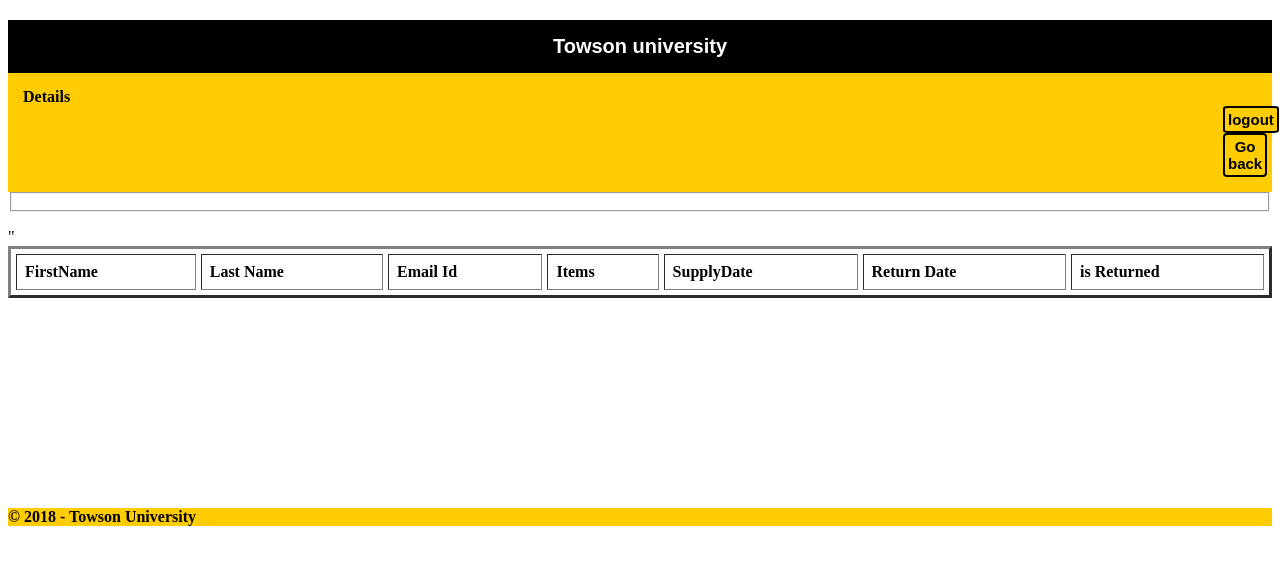
Repository: DatabaseCOSC578/eclipse-workspace11
Page: http://localhost/Supervisor/Supervisorshow.jsp
The author's editor kept a copy of each file at every save. The page is drawn from the files as they stood at one save, then again after the next save.
The browser window is 1280 px wide. The pictures show the whole page.
The page is served by Tomcat 9. Queries for data that is not in the repository find no rows.

Above is the page before, as saved 2018-04-16 12:08:25.

After the next save:
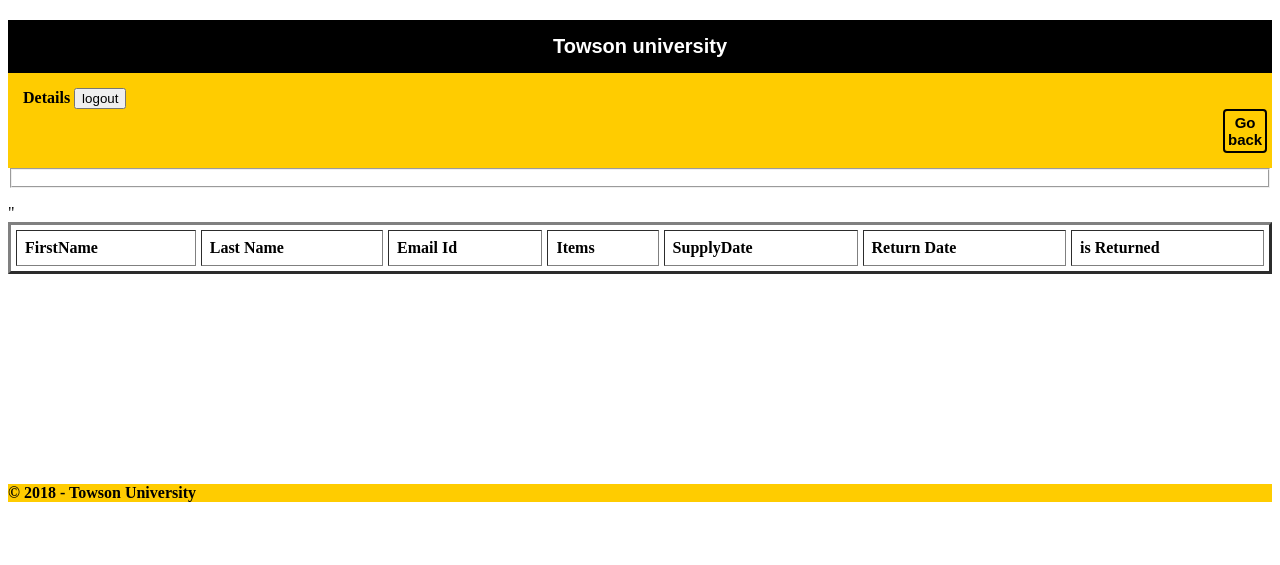
Saved 7 s later.
--- a/Supervisor/WebContent/Supervisorshow.jsp
+++ b/Supervisor/WebContent/Supervisorshow.jsp
@@ -11,7 +11,7 @@
 <form name="inputdetails" action="" method="post" id="form1">
 <div ><b>Details</b>
 
-<button id ="b1" type="submit" formaction="Supervisor.jsp">logout</button>
+<button id ="b2" type="submit" formaction="Supervisor.jsp">logout</button>
 <button id ="b1" type="submit" formaction="Supervisor.jsp">Go back</button>
 </div>
 <fieldset><center>
